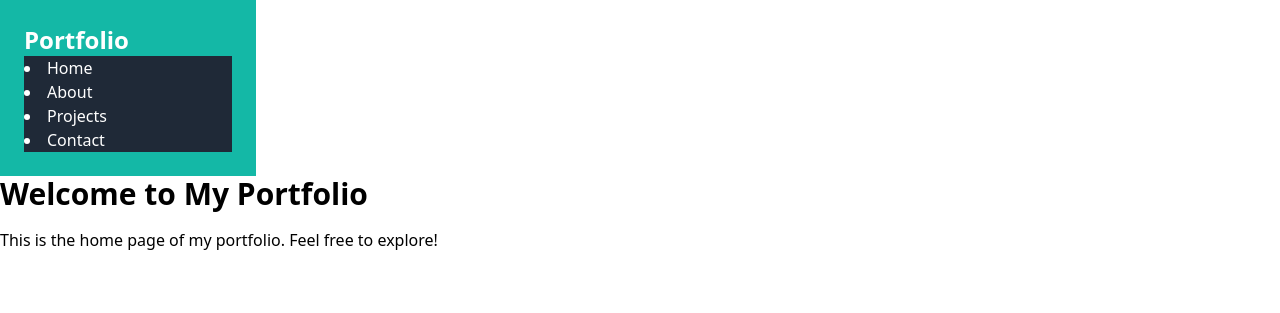
Repository: feyroozecode/feyroozecode.github.io
Page: index.html
The author's editor kept a copy of each file at every save. The page is drawn from the files as they stood at one save, then again after the next save.
The browser window is 1280 px wide. The pictures show the whole page.
Some web libraries are served in a nearby version.

Above is the page before, as saved 2023-11-30 21:32:46.

After the next save:
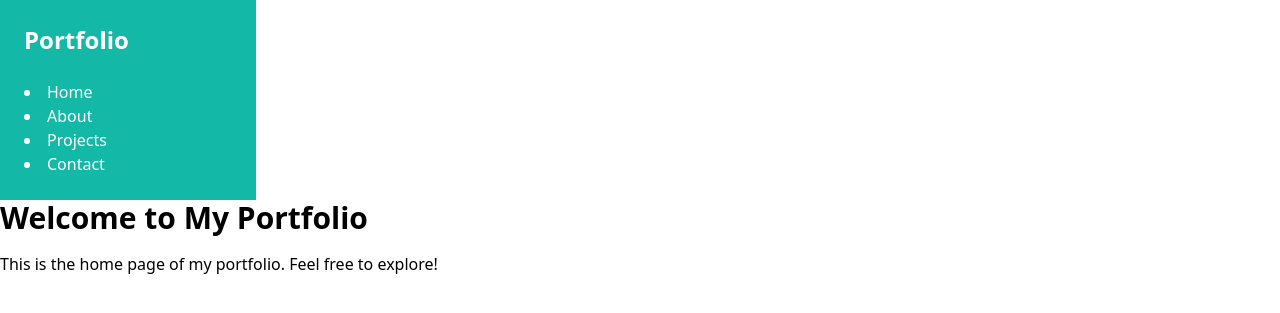
Saved 17 s later.
--- a/index.html
+++ b/index.html
@@ -52,7 +52,7 @@
 <header class="text-white">
     <aside class="bg-teal-500 w-64 p-6">
          <h1 class="text-2xl font-semibold text-white">Portfolio</h1>
-    <nav class="bg-gray-800">
+    <nav class="mt-6">
         <li>
             <a href="#" onclick="navigateTo('home')">Home</a>
         </li>
